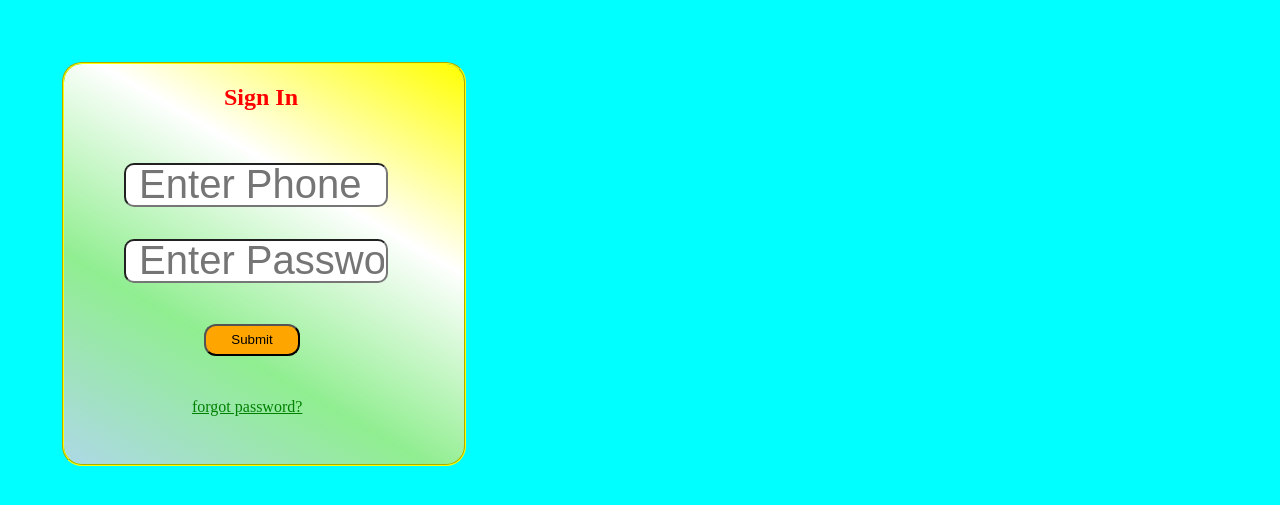
Repository: Amani-Kibet/express-app-web
Page: public/Card.html
These files come from the project's save history. The page is drawn as it stood at one moment and after the next save; the edit follows.
The browser window is 1280 px wide. The pictures show the whole page.

Above is the page before, as saved 2025-09-25 21:33:53.

After the next save:
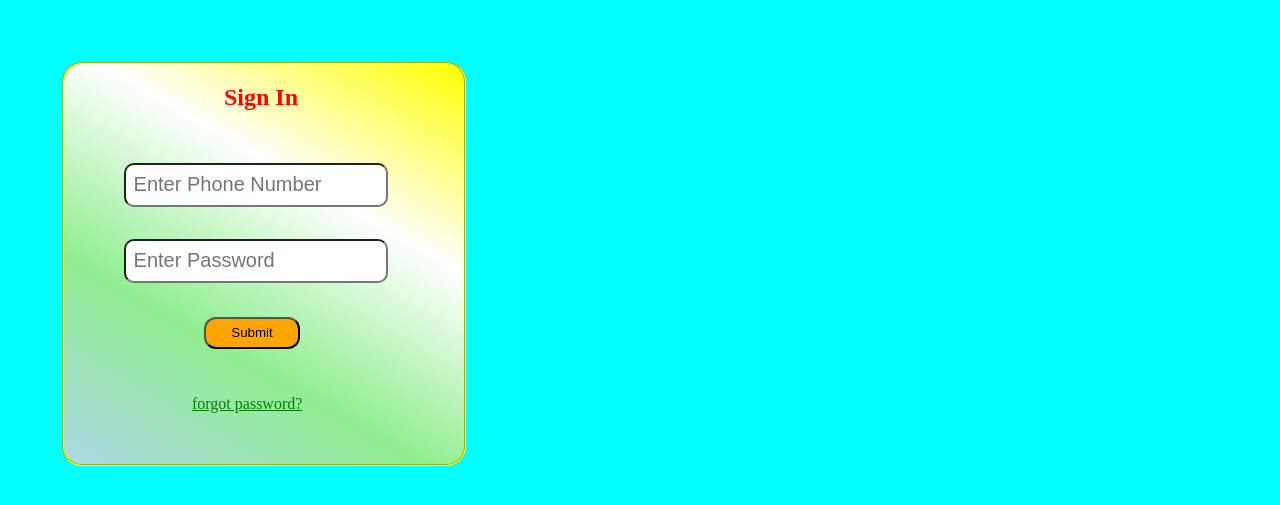
Saved 6 s later.
--- a/public/Card.html
+++ b/public/Card.html
@@ -25,7 +25,7 @@
     margin-top: 2rem;
     border-radius: 10px;
     color: blue;
-    font-size: 40px
+    font-size: 20px
   }
   #submit{
     background: orange;
